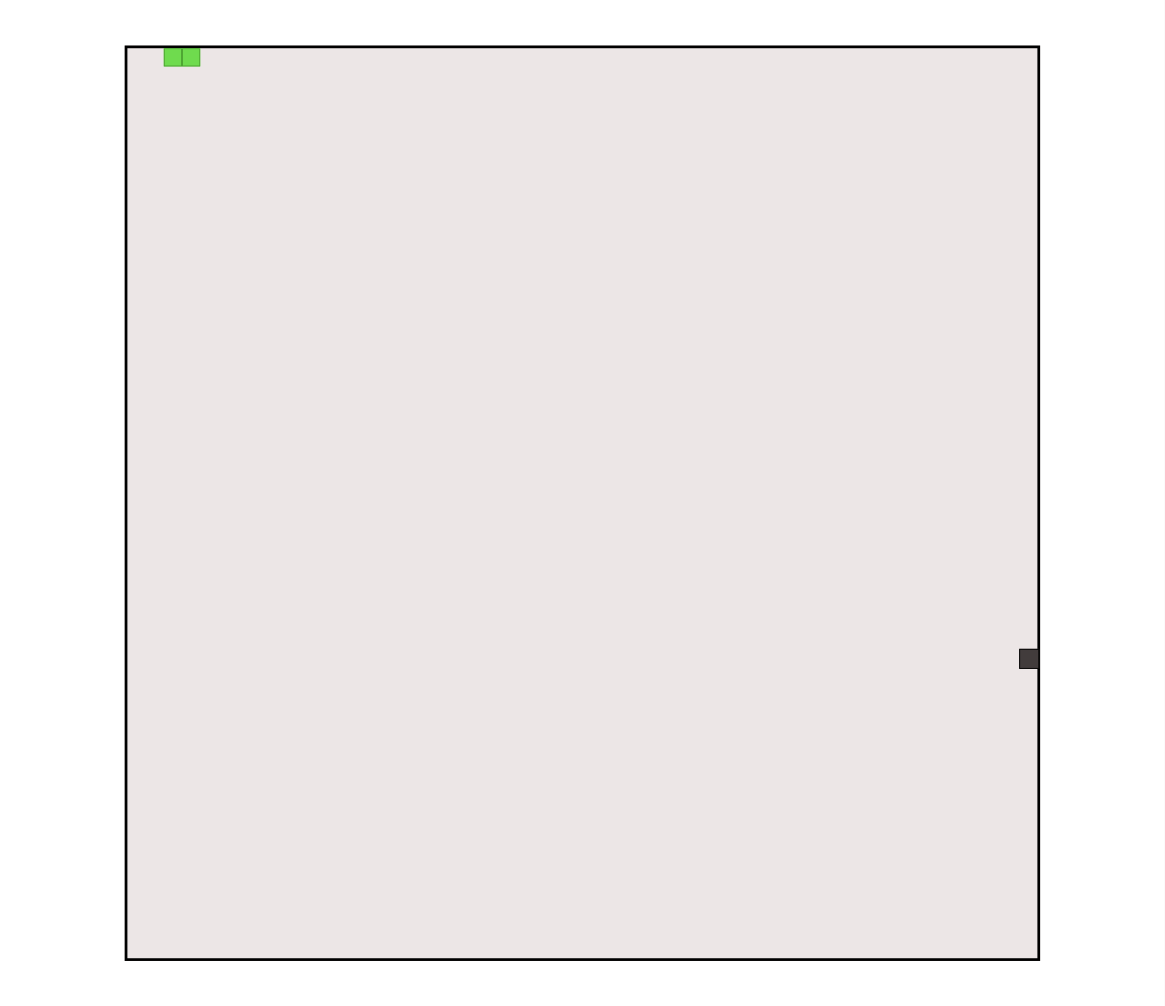
Repository: Krashgul/React_Snake_Game
Page: /
These files come from the project's save history. The page is drawn as it stood at one moment and after the next save; the edit follows.
The browser window is 1280 px wide. The pictures show the whole page, at 91% of full size.
The project was rebuilt for these pictures with package versions that can differ from the ones it lists, and the page was loaded fresh each time.

Above is the page before, as saved 2021-03-02 00:31:24.

After the next save:
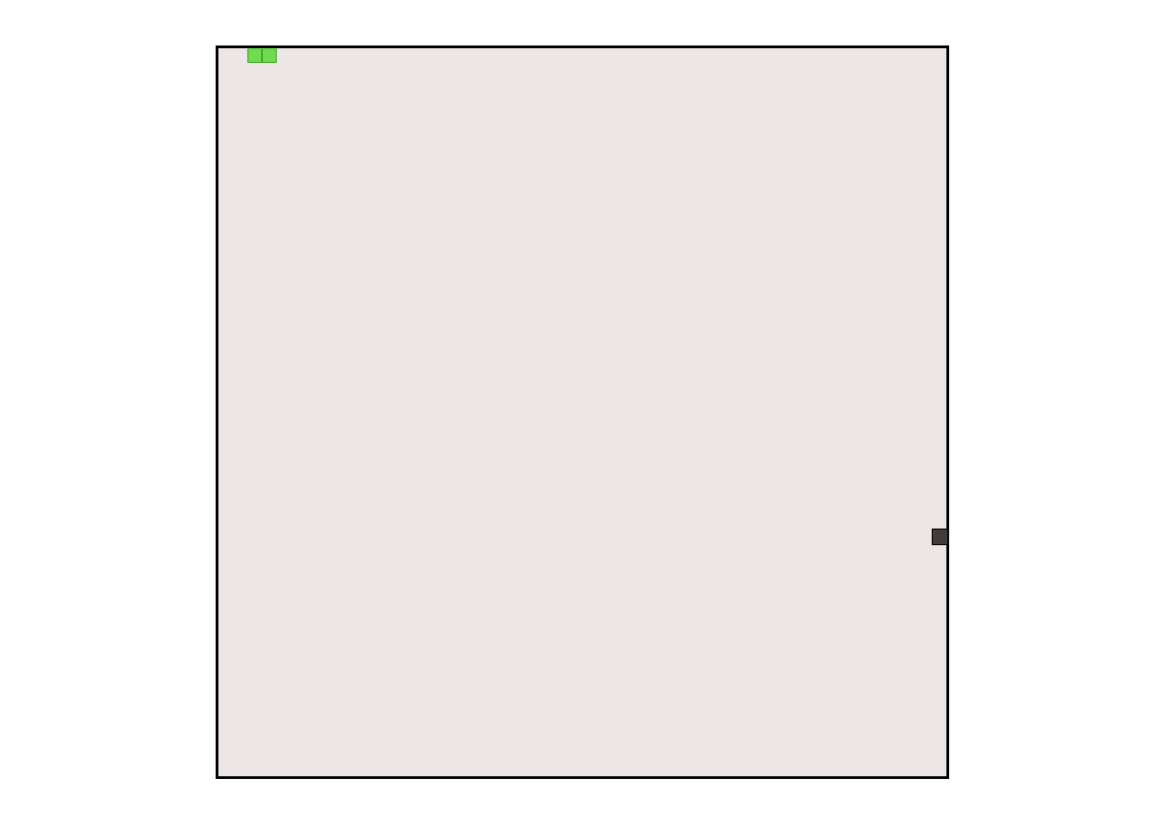
Saved 41 s later.
--- a/src/index.css
+++ b/src/index.css
@@ -1,8 +1,8 @@
 .game-area {
   position: relative;
   margin: 50px auto;
-  width: 1000px;
-  height: 1000px;
+  width: 800px;
+  height: 800px;
   background-color: rgb(236, 230, 230);
   border: 3px solid #000;
 }
